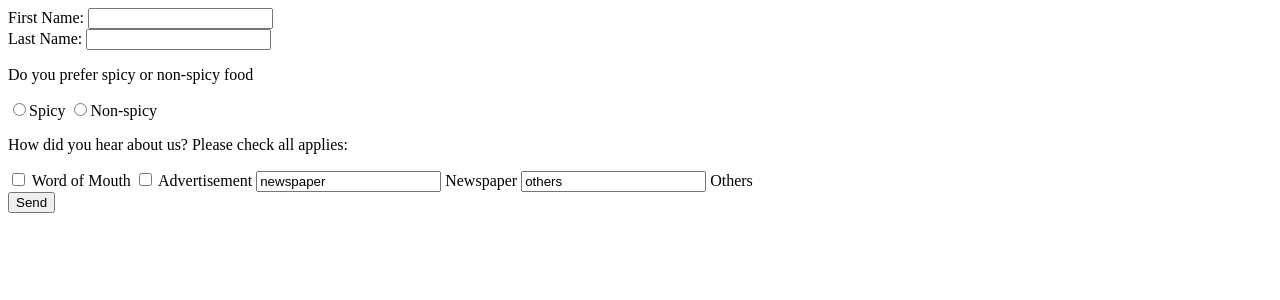
Repository: kunxin-chor/python-flask-form-processing
Page: templates/survey.template.html
The author's editor kept a record of every edit. The page is drawn from the files as they stood at one moment, then again after the next edit.
The browser window is 1280 px wide. The pictures show the whole page.
The page is served by the project's application, run on Flask 3 (run.py). The template is opened directly, without the code that normally fills it, so the values that code supplies are empty.

Above is the page before.

### templates/survey.template.html
<!DOCTYPE html>
<html lang="en">
<head>
    <meta charset="UTF-8">
    <meta name="viewport" content="width=device-width, initial-scale=1.0">
    <meta http-equiv="X-UA-Compatible" content="ie=edge">
    <title>Document</title>
</head>
<body>
    <form method="POST">
        <div>
            <label>First Name:</label>
            <input type='text' name='first-name'/>
        </div>
        <div>
            <label>Last Name:</label>
            <input type='text' name='last-name'/>
        </div>
        <div>
            <p>Do you prefer spicy or non-spicy food</p>
            <input type='radio' name='prefer-spicy' value='spicy'/><label>Spicy</label>
            <input type='radio' name='prefer-spicy' value='non-spicy'/><label>Non-spicy</label>
        </div>
        <div>
            <p>How did you hear about us? Please check all applies:</p>
            <input type='checkbox' name='heard-about' value='word-of-mouth'>
            <label>Word of Mouth</label>

            <input type='checkbox' name='heard-about' value='advertisement'>
            <label>Advertisement</label>

            <input type='check' name='heard-about' value='newspaper'>
            <label>Newspaper</label>

            <input type='check' name='heard-about' value='others'>
            <label>Others</label>

        </div>
        <input type='submit' value='Send'/>
    </form>
</body>
</html>

### run.py
# From the flask module, import an object named Flask
from flask import Flask, render_template, request

# adding in functionality to access the operating system
import os

app = Flask(__name__)

@app.route('/hello')
def foobar():
    return render_template("hello.html")

@app.route('/greet_the_person', methods=['POST'])
def process_form():
    print(request.form)
    n = request.form.get('person_name')
    age = request.form.get('age')
    return "Hi, {}, welcome to the website!".format(n)


# @app.route('/hello', methods=['GET', 'POST'])
# def foobar():
#     if request.method == 'GET':
#         return render_template("hello.html")
#     elif request.method == 'POST':
#         print(request.form)
#         n = request.form.get('person_name')
#         age = request.form.get('age')
#         return "Hi, {}, welcome to the website".format(n)

# "magic code" -- boilerplate
if __name__ == '__main__':
    app.run(host=os.environ.get('IP'),
            port=int(os.environ.get('PORT')),
            debug=True)

After the next edit:
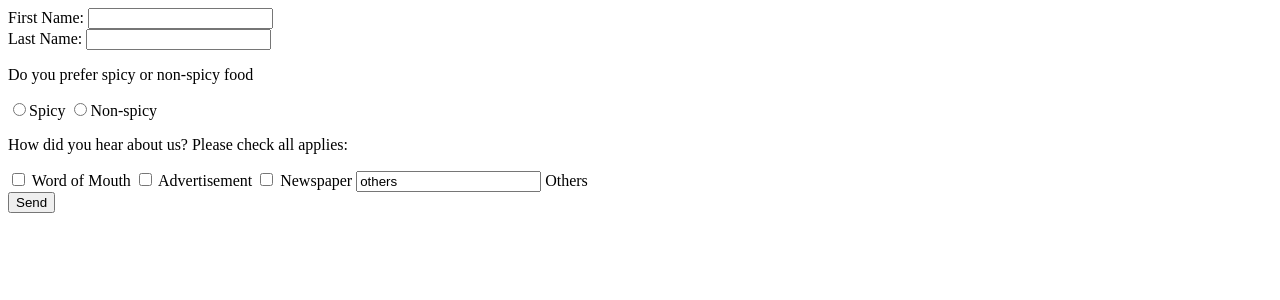
The edit:
--- a/templates/survey.template.html
+++ b/templates/survey.template.html
@@ -29,7 +29,7 @@
             <input type='checkbox' name='heard-about' value='advertisement'>
             <label>Advertisement</label>
 
-            <input type='check' name='heard-about' value='newspaper'>
+            <input type='checkbox' name='heard-about' value='newspaper'>
             <label>Newspaper</label>
 
             <input type='check' name='heard-about' value='others'>
